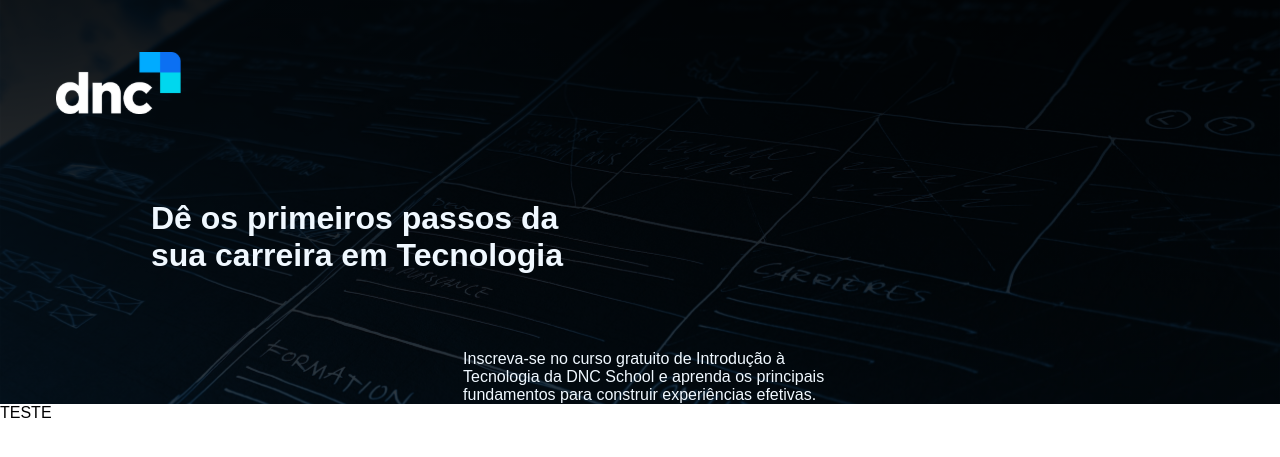
Repository: kleber-goncalves/Landing-Page-dnc
Page: src/index.html
The author's editor kept a copy of each file at every save. The page is drawn from the files as they stood at one save, then again after the next save.
The browser window is 1280 px wide. The pictures show the whole page.

Above is the page before, as saved 2024-12-09 19:49:24.

### src/index.html
<!DOCTYPE html>
<html lang="pt-br">
  <head>
    <meta charset="UTF-8" />
    <meta name="viewport" content="width=device-width, initial-scale=1.0" />
    <title>Escola DNC</title>
    <link rel="stylesheet" href="../src/style.css" />
  </head>
  <body>
    <div id="cabecanho">
        <img id="logo-dnc" src="../img/logo.svg" alt="logo-dnc">
        <h1 id="titulo" >Dê os primeiros passos da <br>
            sua carreira em Tecnologia</h1>
        <p id="subtitulo" >Inscreva-se no curso gratuito de Introdução à <br>
            Tecnologia da DNC School e aprenda os principais <br>
            fundamentos para construir experiências efetivas.</p>
    </div>
    <div>TESTE</div>
  </body>
</html>

### src/style.css
* {
  margin: 0px;
  font-family: Arial, Helvetica, sans-serif;
}

#cabecanho {
  display: flex;
  margin: 0%;
  height: 100%;
  background-image: url(../img/fundo.svg);
  background-size: cover;
  background-repeat: no-repeat;
  color: aliceblue;
}

#logo-dnc {
  display: flex;
  width: 125px;
  height: 62px;
  margin-left: 56px;
  margin-top: 52px;
}

#titulo {
  display: flex;
  margin-left: -30px;
  margin-top: 200px;
}

#subtitulo {
  display: flex;
  margin-left: -100px;
  margin-top: 350px;
}

### img/logo.svg
<svg width="125" height="62" viewBox="0 0 125 62" fill="none" xmlns="http://www.w3.org/2000/svg" xmlns:xlink="http://www.w3.org/1999/xlink">
<rect width="125" height="62" fill="url(#pattern0_1227_101)"/>
<defs>
<pattern id="pattern0_1227_101" patternContentUnits="objectBoundingBox" width="1" height="1">
<use xlink:href="#image0_1227_101" transform="matrix(0.00497512 0 0 0.0100305 0 -0.00152463)"/>
</pattern>
<image id="image0_1227_101" width="201" height="100" xlink:href="data:[embedded picture, 3186 characters]"/>
</defs>
</svg>

### img/fundo.svg
<svg width="1440" height="560" viewBox="0 0 1440 560" fill="none" xmlns="http://www.w3.org/2000/svg" xmlns:xlink="http://www.w3.org/1999/xlink">
<rect width="1440" height="560" fill="url(#pattern0_1227_39)"/>
<rect width="1440" height="560" fill="url(#paint0_linear_1227_39)"/>
<defs>
<pattern id="pattern0_1227_39" patternContentUnits="objectBoundingBox" width="1" height="1">
<use xlink:href="#image0_1227_39" transform="matrix(0.0004 0 0 0.00102857 0 -0.0636538)"/>
</pattern>
<linearGradient id="paint0_linear_1227_39" x1="720" y1="0" x2="720" y2="560" gradientUnits="userSpaceOnUse">
<stop stop-opacity="0.9"/>
<stop offset="1" stop-opacity="0.7"/>
</linearGradient>
<image id="image0_1227_39" width="2500" height="1460" xlink:href="data:[embedded picture, 603023 characters]"/>
</defs>
</svg>

After the next save:
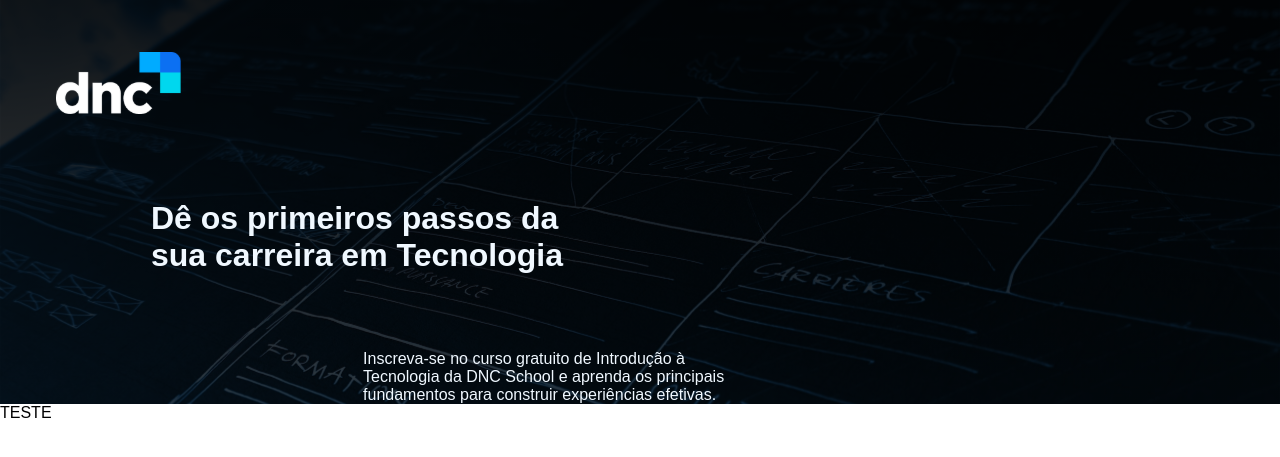
Saved 78 s later.
--- a/src/style.css
+++ b/src/style.css
@@ -29,6 +29,6 @@
 
 #subtitulo {
   display: flex;
-  margin-left: -100px;
+  margin-left: -200px;
   margin-top: 350px;
 }
